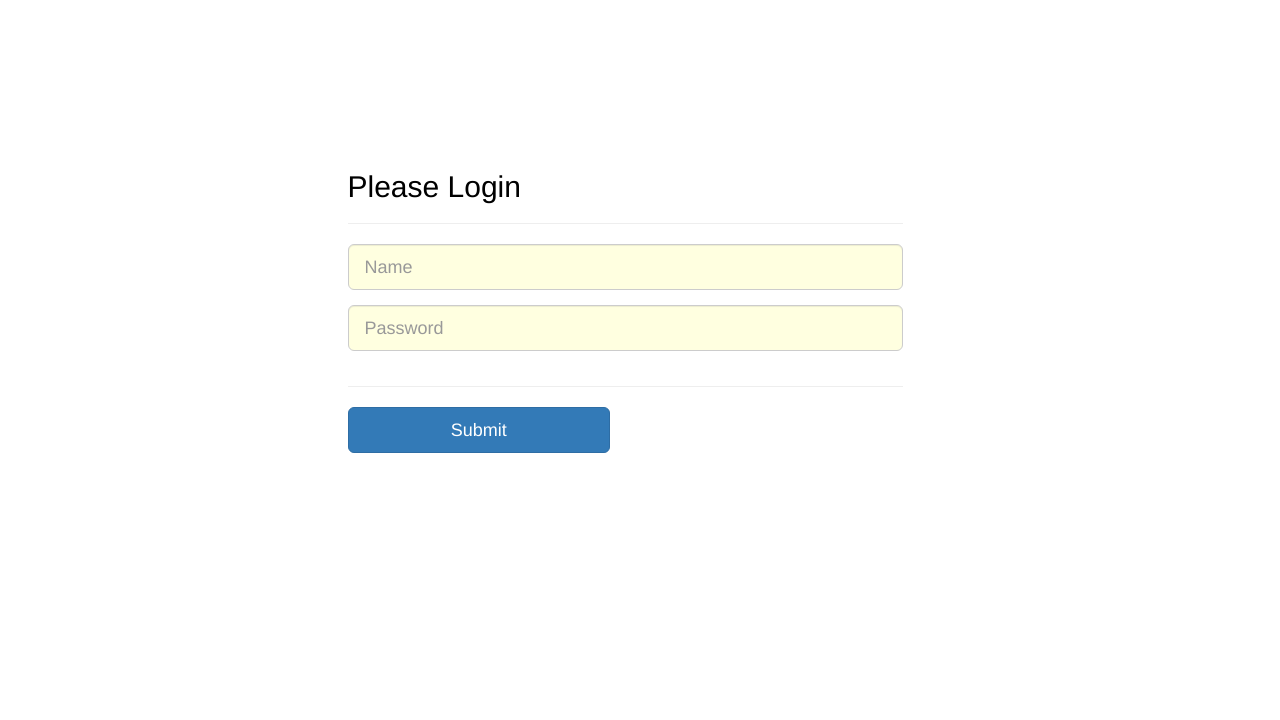
Repository: 123poornima/UpdatedSecondProject
Page: frontendPro/WebContent/_user/login.html
These files come from the project's save history. The page is drawn as it stood at one moment and after the next save; the edit follows.
The browser window is 1280 px wide. The pictures show the whole page.

Above is the page before, as saved 2017-01-10 09:55:24.

### frontendPro/WebContent/_user/login.html
<!DOCTYPE html>
<html>
<head>
<meta charset="ISO-8859-1">
<link rel="stylesheet" href="http://maxcdn.bootstrapcdn.com/bootstrap/3.3.7/css/bootstrap.min.css">

<!-- jQuery library -->
<script src="https://ajax.googleapis.com/ajax/libs/jquery/1.12.4/jquery.min.js"></script>

<!-- Latest compiled JavaScript -->
<script src="http://maxcdn.bootstrapcdn.com/bootstrap/3.3.7/js/bootstrap.min.js"></script>
<title>Insert title here</title>
<!-- <style>
body{
background-image: url(resources/images/secpro4.jpg);
background-size:     cover;
    background-repeat:   no-repeat;
    background-color:black;
 }
</style> -->
</head>
<body>
<div class="container" style="align:center; margin: 150px 0px 0px 40px">
   <div class="row">
    <div class="col-xs-12 col-sm-8 col-md-6 col-sm-offset-4 col-md-offset-3">


          <h2 style="color:#000000">Please Login</h2>
	     <hr class="colorgraph">
        <div class="row">
				<div class="col-sm-12 ">
					<div class="form-group">
						<input style="background-color:#FFFFE0" type="text" ng-model="user.username" placeholder="Name" name="username" class="form-control input-lg"  />
					</div>
		       </div>
		 </div>

		 <div class="row">
				<div class="col-xs-12">
					<div class="form-group">
						<input style="background-color:#FFFFE0" type="password"  name="password" ng-model="user.password" placeholder="Password" class="form-control input-lg"  tabindex="2" />
					</div>
			 </div>
		</div>
			<hr class="colorgraph">
 			<div class="row">
				<div class="col-xs-12 col-md-6"><input type="submit" ng-click="submit()" class="btn btn-primary btn-block btn-lg" tabindex="7"></div>

			</div>

			</div>
	  </div>
	</div>
</body>
</html>

After the next save:
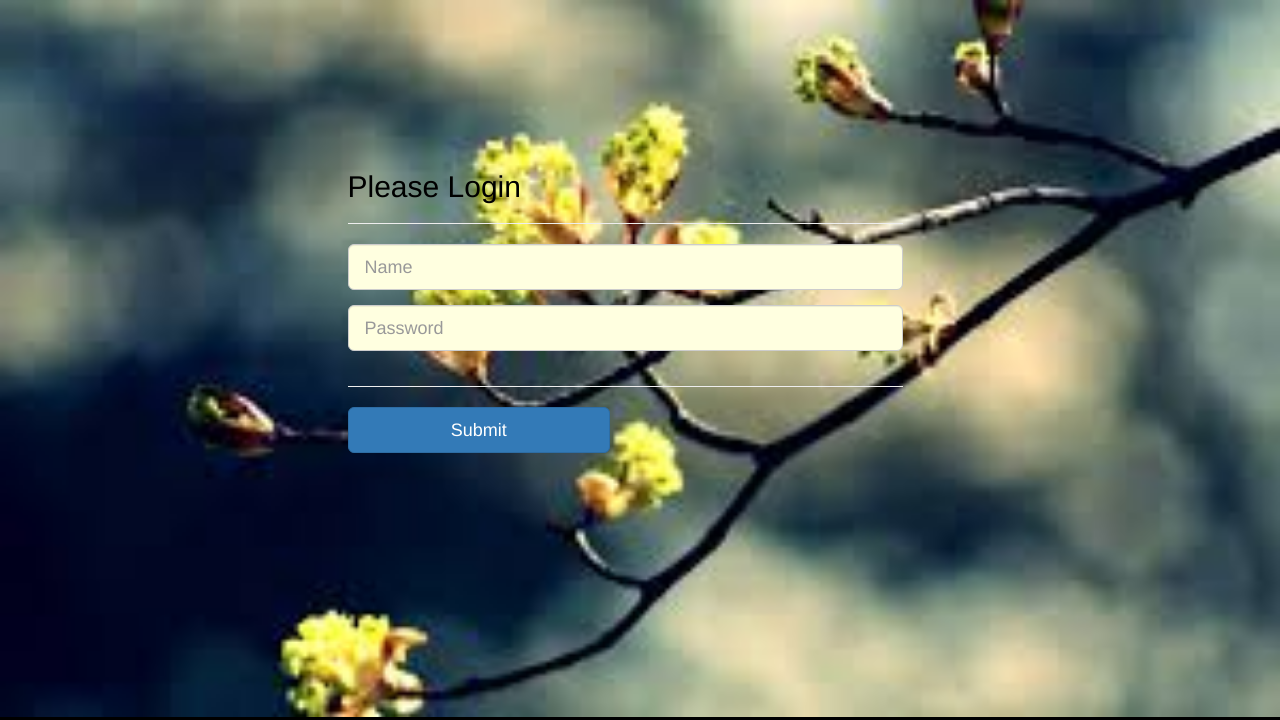
Saved 2 h 52 min later.
--- a/frontendPro/WebContent/_user/login.html
+++ b/frontendPro/WebContent/_user/login.html
@@ -10,14 +10,14 @@
 <!-- Latest compiled JavaScript -->
 <script src="http://maxcdn.bootstrapcdn.com/bootstrap/3.3.7/js/bootstrap.min.js"></script>
 <title>Insert title here</title>
-<!-- <style>
+<style>
 body{
 background-image: url(resources/images/secpro4.jpg);
 background-size:     cover;
     background-repeat:   no-repeat;
     background-color:black;
  }
-</style> -->
+</style>
 </head>
 <body>
 <div class="container" style="align:center; margin: 150px 0px 0px 40px">
